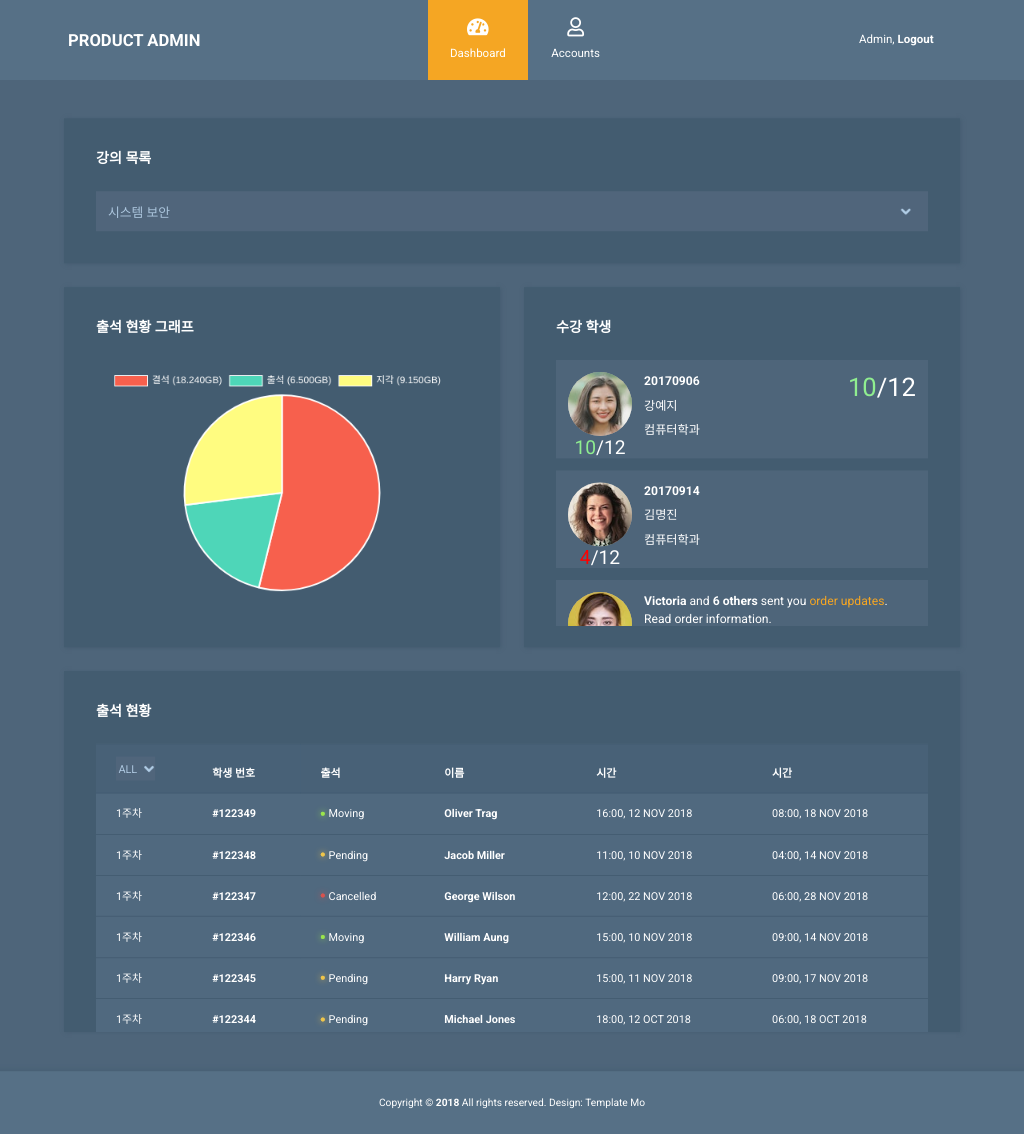
Repository: YJ-S2/2019-FaceAPI
Page: test1-master/web/123/WebContent/web1.html
These files come from the project's save history. The page is drawn as it stood at one moment and after the next save; the edit follows.
The browser window is 1280 px wide. The pictures show the whole page, at 80% of full size.
An inner scrolling area shows only its first screen.

Above is the page before, as saved 2019-08-11 15:01:55.

After the next save:
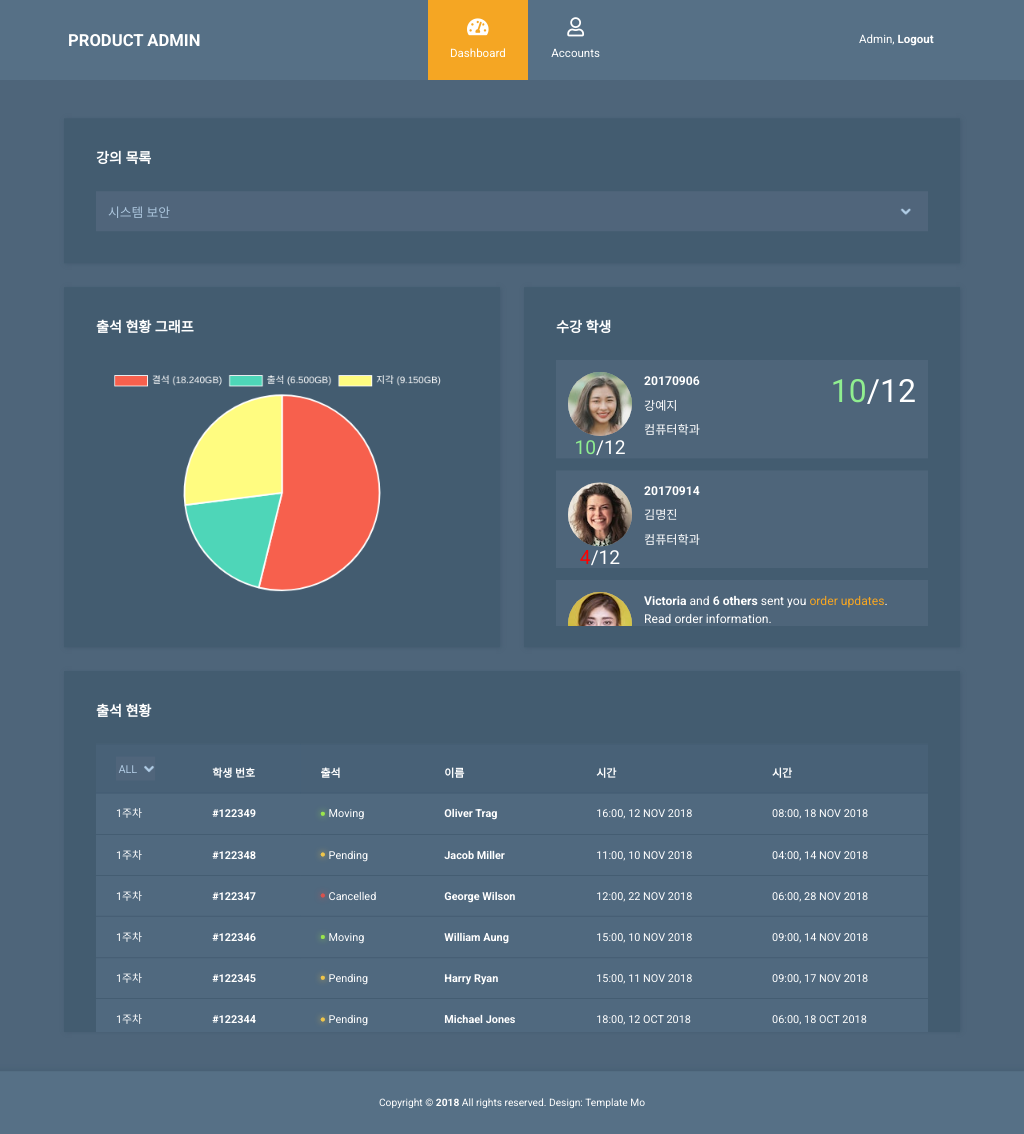
Saved 4 s later.
--- a/test1-master/web/123/WebContent/web1.html
+++ b/test1-master/web/123/WebContent/web1.html
@@ -154,7 +154,7 @@
 	                                <p class="mb-2">컴퓨터학과</p>
 	                            </div>
 	                            <div align="center">
-	                            	<h2><span class="c_green">10</span>/12</h4>
+	                            	<h1><span class="c_green">10</span>/12</h4>
 	                            </div>
                             </div>
                             <div class="media tm-notification-item">
